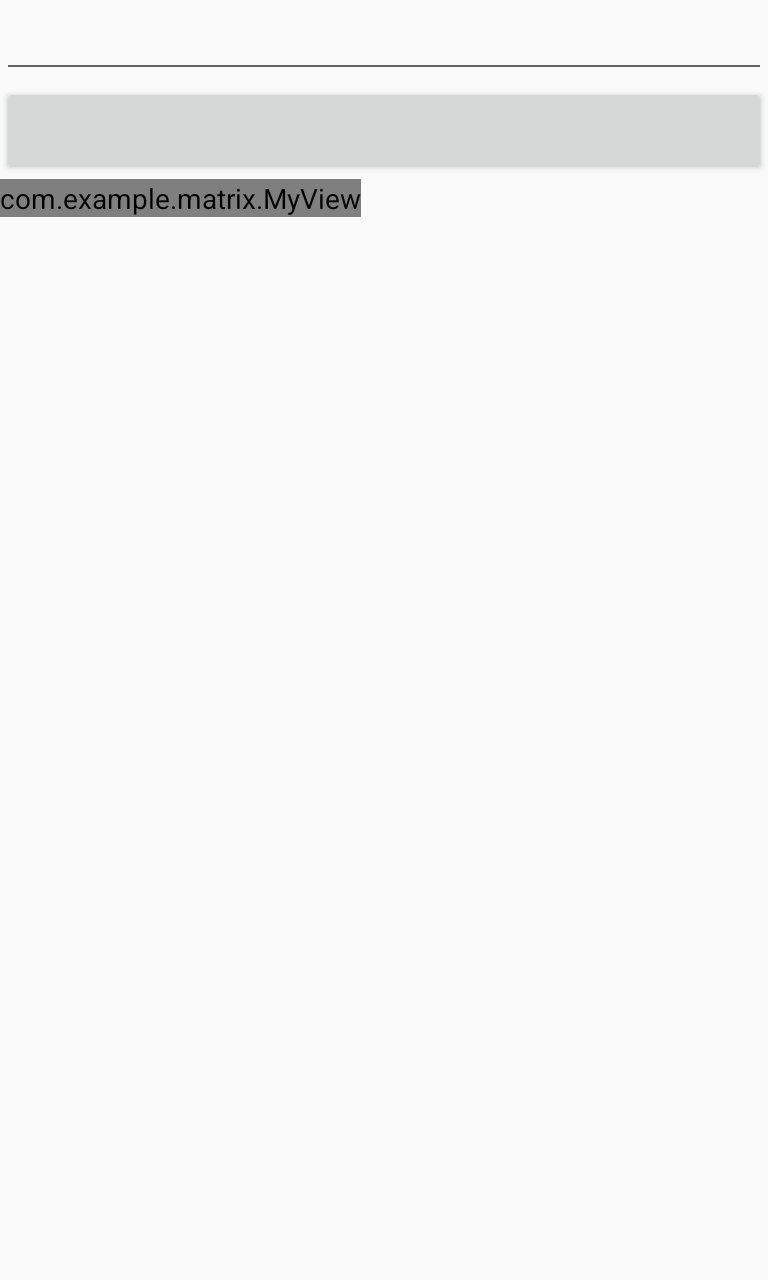
Repository: 18810012802/creazyAndroid
Layout: workspace3/matrix/res/layout/activity_main.xml
The author's editor kept a copy of each file at every save. The layout is drawn from the files as they stood at one save, then again after the next save.
Pictures or frames that could not be fetched are drawn as grey boxes. It is drawn on a 768 x 1280 px phone screen (xhdpi) without system bars, with theme AppTheme; the app's code is not run.

Above is the layout before, as saved 2016-05-08 15:48:24.

### workspace3/matrix/res/layout/activity_main.xml
 <LinearLayout xmlns:android="http://schemas.android.com/apk/res/android"
    android:id="@+id/root"
    android:orientation="vertical"
    android:layout_width="match_parent"
    android:layout_height="match_parent"
     >
     <EditText
         android:id="@+id/et"
          android:layout_width="match_parent"
        android:layout_height="wrap_content"
        android:inputType="number"
         />
        <Button
         android:id="@+id/bn"
          android:layout_width="match_parent"
        android:layout_height="wrap_content"
         />
 <com.example.matrix.MyView xmlns:android="http://schemas.android.com/apk/res/android"

        android:layout_width="wrap_content"
        android:layout_height="wrap_content"
        android:id="@+id/matrix" />
</LinearLayout>

Loaded but not shown: workspace3/matrix/res/values/styles.xml (common file); workspace3/matrix/res/values-v11/styles.xml (common file); workspace3/matrix/res/values-v14/styles.xml (common file)

After the next save:
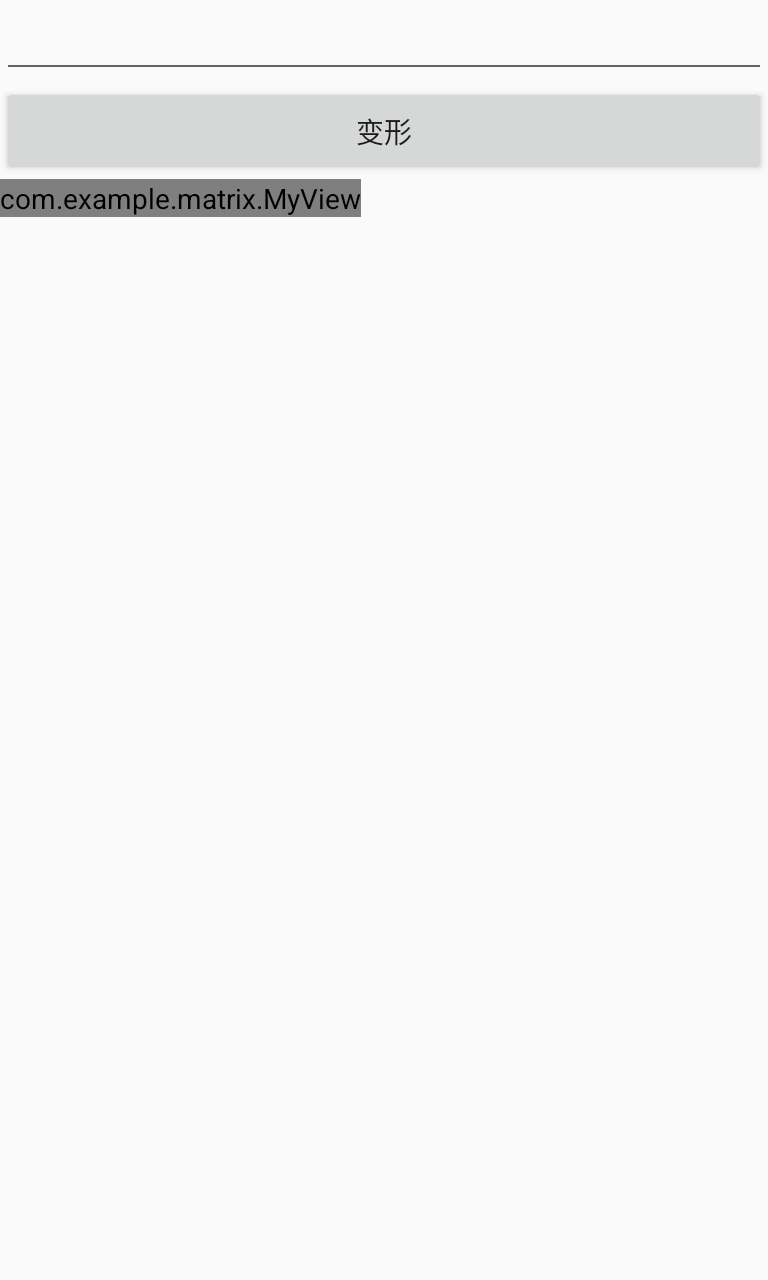
Saved 36 s later.
--- a/workspace3/matrix/res/layout/activity_main.xml
+++ b/workspace3/matrix/res/layout/activity_main.xml
@@ -14,6 +14,7 @@
          android:id="@+id/bn"
           android:layout_width="match_parent"
         android:layout_height="wrap_content"
+        android:text="变形"
          />
  <com.example.matrix.MyView xmlns:android="http://schemas.android.com/apk/res/android"
 
